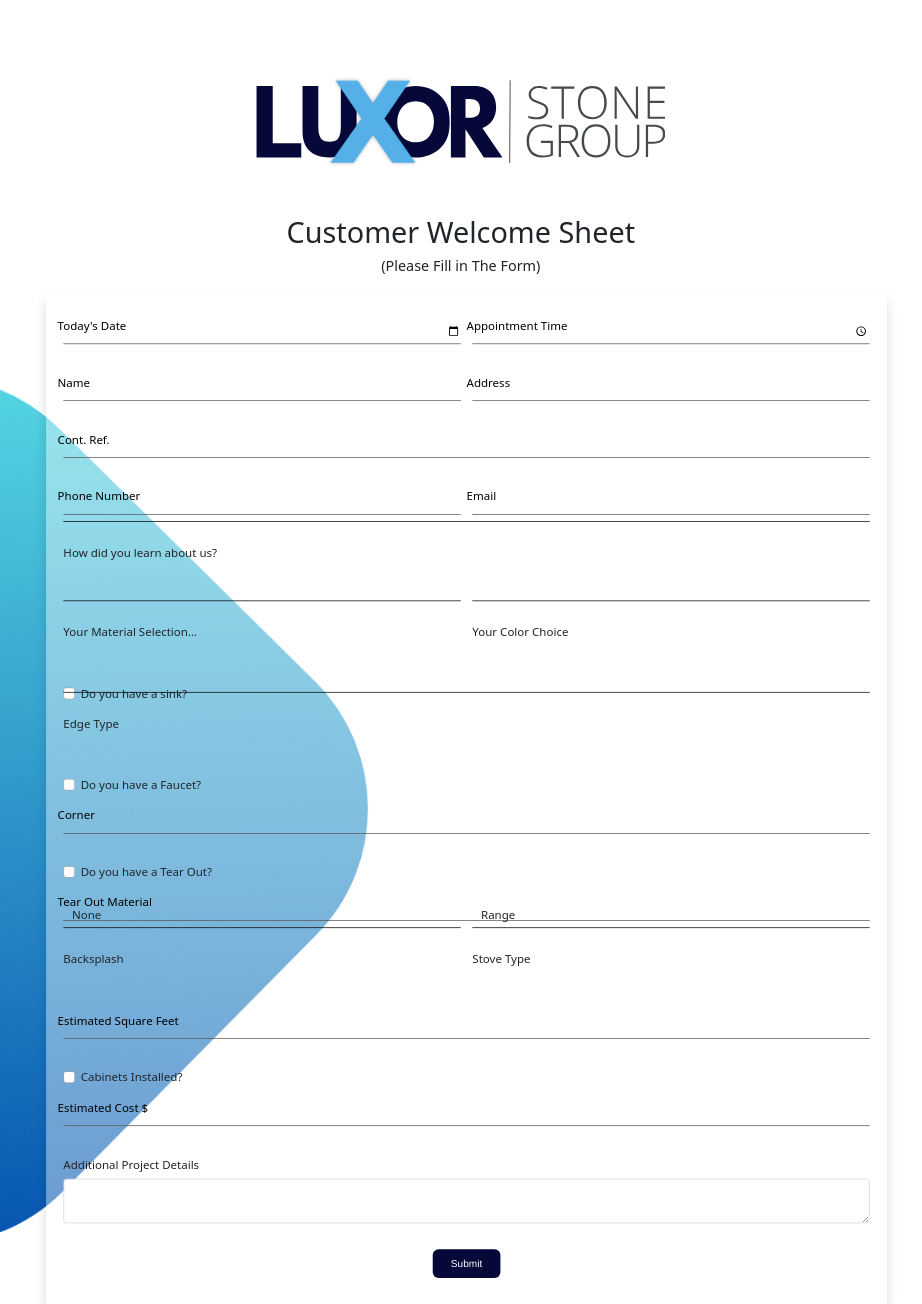
Repository: aya7abbal/Luxor-Customer-Form
Page: index.html
The author's editor kept a copy of each file at every save. The page is drawn from the files as they stood at one save, then again after the next save.
The browser window is 1280 px wide. The pictures show the whole page, at 72% of full size.
The style sheet was rebuilt from its Sass, Less or Tailwind sources for each picture, by a compiler version that may differ from the author's.

Above is the page before, as saved 2023-10-21 12:05:56.

After the next save:
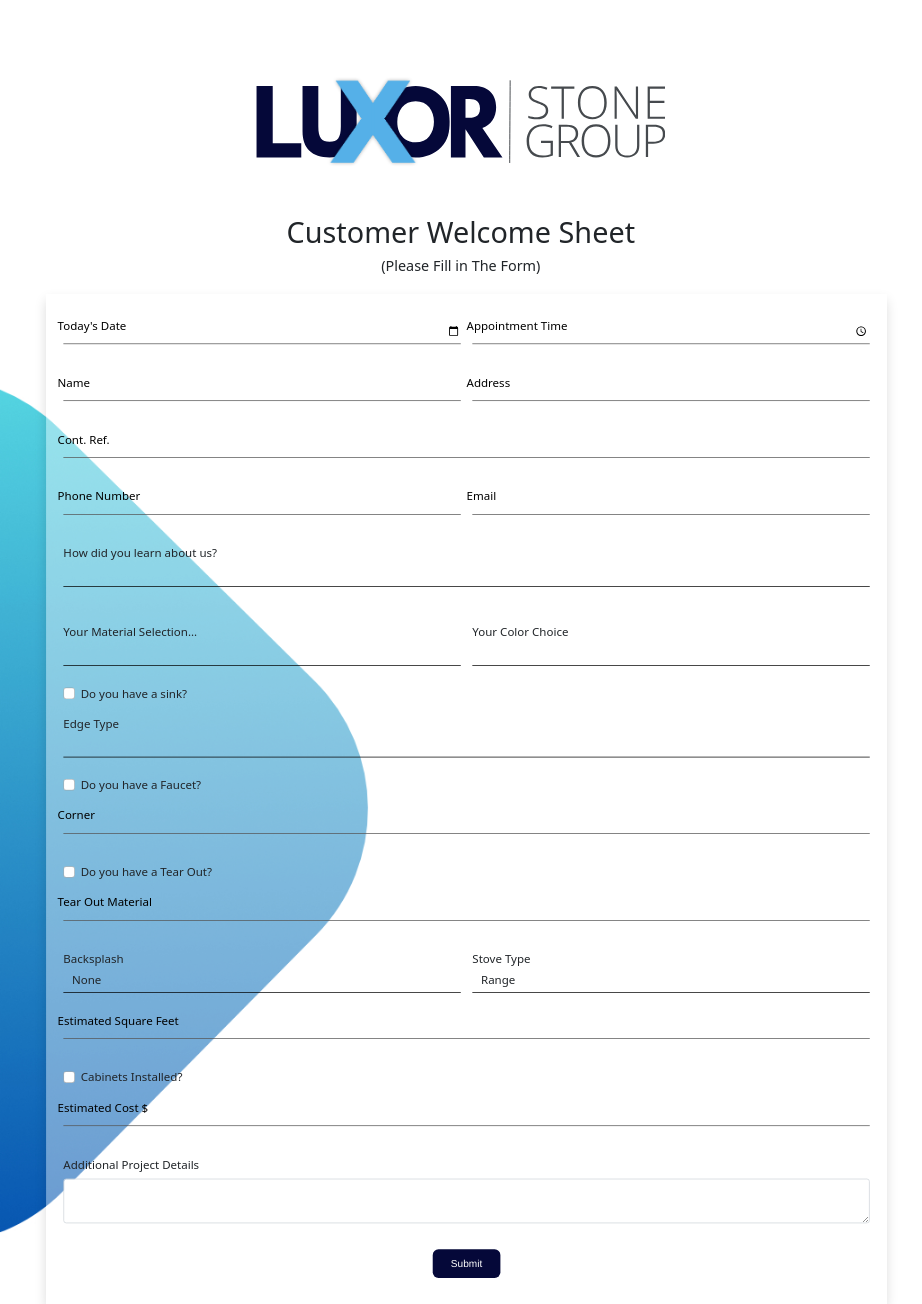
Saved 16 s later.
--- a/Styles/styles.scss
+++ b/Styles/styles.scss
@@ -45,7 +45,7 @@
 
   select{
       position: absolute;
-      bottom: 100px;
+      bottom: 10px;
   }
 }
 
